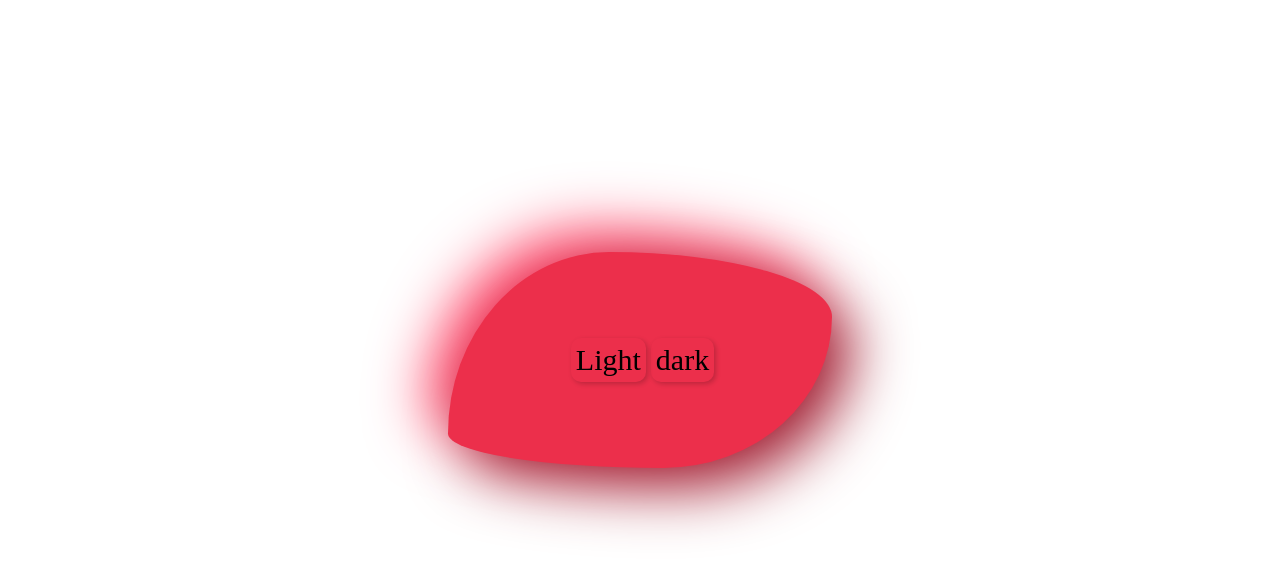
Repository: Yuukicoder/basicProject
Page: project1.html
An editor plug-in stored every save of this project. The page is shown before and after the next save, followed by the edit.
The browser window is 1280 px wide. The pictures show the whole page.
Some web fonts or font styles are not loaded; a fallback is used.

Above is the page before, as saved 2023-02-24 22:40:11.

### project1.html
<!DOCTYPE html>
<html lang="en">
  <head>
    <meta charset="UTF-8" />
    <meta http-equiv="X-UA-Compatible" content="IE=edge" />
    <meta name="viewport" content="width=device-width, initial-scale=1.0" />
    <title>Dark/light mode</title>
    <link rel="stylesheet" href="assets/css/project1.css" />
    <link
      rel="shortcut icon"
      href="assets/Image/project1.png"
      type="image/x-icon"
    />
  </head>
  <body id="body">
    <section class="box">
      <button class="light" id="light">Light</button>
      <button class="dark" id="dark">dark</button>
    </section>
    <script src="assets/js/project1.js"></script>
  </body>
</html>

### assets/css/project1.css
@import url("https://fonts.googleapis.com/css2?family=Arima:wght@100;200;300;400;500;700&display=swap");

* {
  margin: 0;
  padding: 0;
  box-sizing: border-box;
  /* border: 1px solid black; */
}
body {
  height: 100vh;
  width: 100vw;
  display: flex;
  align-items: center;
  justify-content: center;
}
.box {
  height: 30%;
  width: 30%;
  background-image: linear-gradient(
    to right bottom,
    #009fff,
    #8d85f3,
    #cc61cc,
    #ec3b90,
    #ec2f4b
  );
  border-radius: 42% 58% 44% 56% / 84% 30% 70% 16%;
  display: flex;
  align-items: center;
  justify-content: center;
  /* border-radius: 50px; */
  background: #ec2f4b;
  box-shadow: 20px 20px 60px #a02033, -20px -20px 60px #ff3e63;
}
button {
  background-color: var(--button);
  color: var(--text);
  font-family: Arima;
  font-size: 30px;
  border: none;
  border-radius: 10px;
  padding: 5px 5px;
  margin-left: 5px;
  box-shadow: 2px 2px 5px rgba(0, 0, 0, 0.2);
  transition: 0.5s;
}
button:hover {
  transform: scale(1.025);
}

### assets/js/project1.js
var light = document.getElementById("light");
var dark = document.getElementById("dark");
var body = document.getElementById("body");
dark.addEventListener("click", function () {
    body.style.background = "black";

})
light.addEventListener("click", function () {
    body.style.background = "white";

})

After the next save:
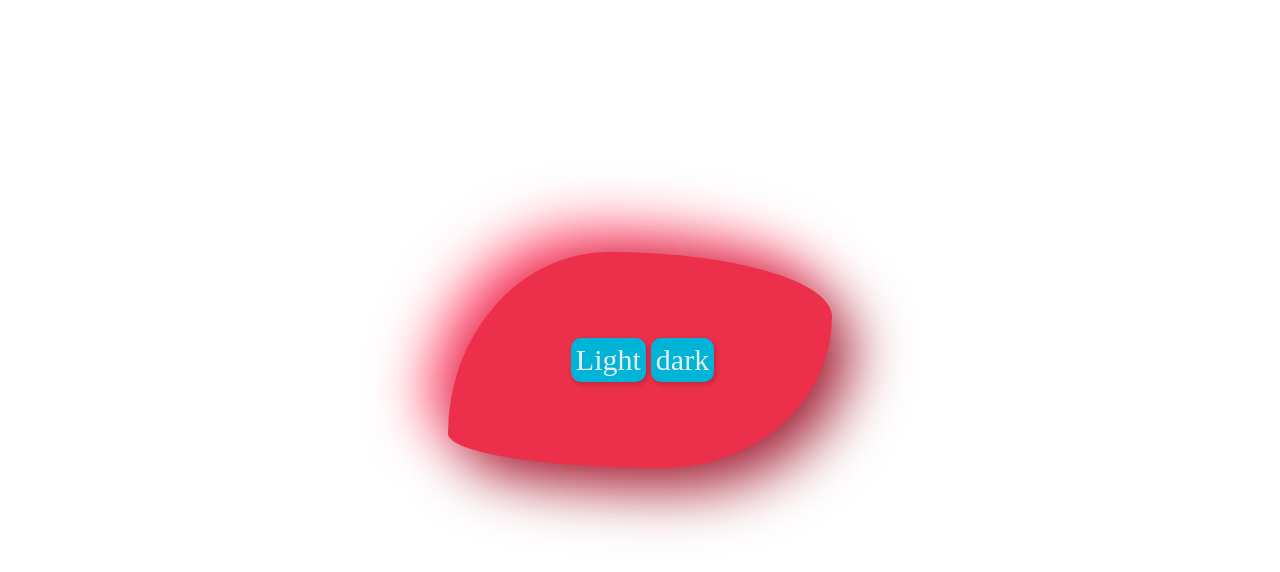
Saved 45 s later.
--- a/assets/css/project1.css
+++ b/assets/css/project1.css
@@ -5,6 +5,10 @@
   padding: 0;
   box-sizing: border-box;
   /* border: 1px solid black; */
+}
+:root {
+  --button: #00b4d8;
+  --text: #e9ecef;
 }
 body {
   height: 100vh;
